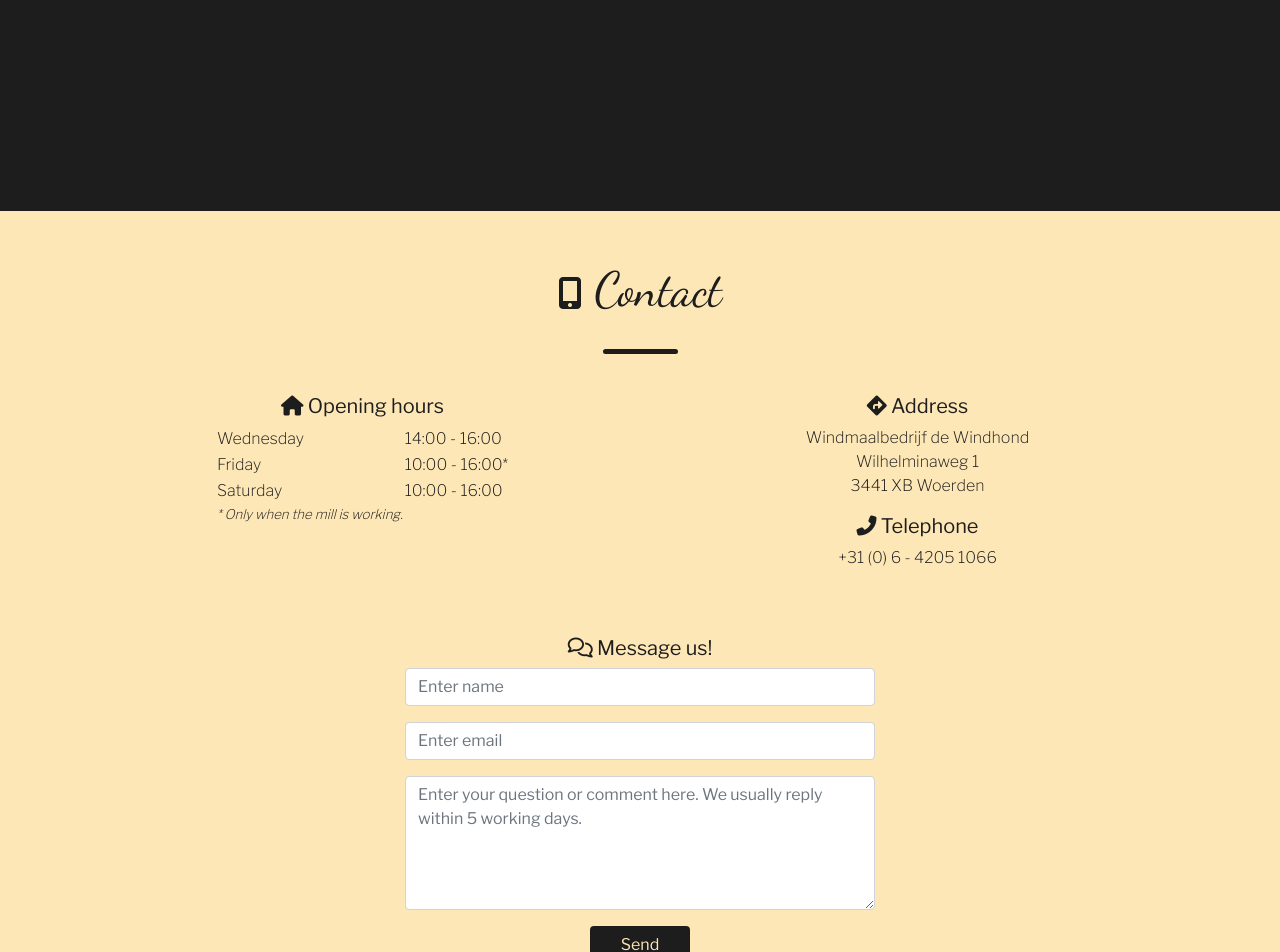
Repository: jdl208/DeWindhond
Page: index.html
The author's editor kept a record of every edit. The page is drawn from the files as they stood at one moment, then again after the next edit.
The browser window is 1280 px wide. The pictures show the part of the page from y = 2226 to 3178 px (the page is 3353 px tall).
Pictures or frames that could not be fetched are drawn as grey boxes. Some web libraries are served in a nearby version.

Above is the page before.

### index.html
<!DOCTYPE html>
<html lang="en">

<head>
    <meta charset="UTF-8">
    <meta name="viewport" content="width=device-width, initial-scale=1.0">
    <meta http-equiv="X-UA-Compatible" content="ie=edge">
    <title>Windmill "De Windhond"</title>
    <link rel="stylesheet" href="https://stackpath.bootstrapcdn.com/bootstrap/4.3.1/css/bootstrap.min.css" integrity="sha384-ggOyR0iXCbMQv3Xipma34MD+dH/1fQ784/j6cY/iJTQUOhcWr7x9JvoRxT2MZw1T" crossorigin="anonymous">
    <link href="https://fonts.googleapis.com/css?family=Dancing+Script:400,700&display=swap" rel="stylesheet">
    <link rel="stylesheet" href="assets/css/style.css" type="text/css" />

</head>

<body>

    <!-- Navigation-->
    <a href="" class="anchor" id="home"></a>
    <nav class="navbar fixed-top navbar-expand-md navbar-dark dark-bg">
        <a class="navbar-brand" href="#home">De Windhond</a>
        <button id="navbar-toggle-icon" class="navbar-toggler" type="button" data-toggle="collapse" data-target="#navbarTogglerDemo02" aria-controls="navbarTogglerDemo02" aria-expanded="false" aria-label="Toggle navigation">
                <i class="fas fa-bars"></i>
            </button>

        <div class="collapse navbar-collapse" id="navbarTogglerDemo02">
            <ul class="navbar-nav ml-auto mt-2 mt-lg-0">
                <li class="nav-item ml-auto nav--link">
                    <a class="nav-link" href="#home"><strong>Home</strong><span class="sr-only">(current)</span></a>
                </li>
                <li class="nav-item ml-auto nav--link">
                    <a class="nav-link" href="#about"><strong>About</strong></a>
                </li>
                <li class="nav-item ml-auto nav--link">
                    <a class="nav-link" href="#media"><strong>Media</strong></a>
                </li>
                <li class="nav-item ml-auto nav--link">
                    <a class="nav-link" href="#contact"><strong>Contact</strong></a>
                </li>
            </ul>
        </div>
    </nav>

    <!--Header image slider-->

    <header class="top-section">
        <div class="jumbotron sectioncontainer carousel-wrapper">


            <!--Preload images so you you wont see a hickup in the slider -->

            <img class="d-none" src="assets/images/img1.jpg" />
            <img class="d-none" src="assets/images/img2.jpg" />
            <img class="d-none" src="assets/images/img3.jpg" />
            <img class="d-none" src="assets/images/img4.jpg" />
            <img class="d-none" src="assets/images/img5.jpg" />
            <img class="d-none" src="assets/images/img6.jpg" />
            <img class="d-none" src="assets/images/img7.jpg" />

            <div class="bg-image-slider">

            </div>
        </div>
    </header>

    <!-- About -->
    <a href="" class="anchor" id="about"></a>
    <section class="light-bg sectioncontainer">
        <div class="container about">
            <h2><i class="far fa-list-alt media-icon"></i> About</h2>
            <hr class="block-divider dark-divider">

            <div class="row">
                <div class="col-md-6">
                    <h4>Timeline</h4>
                    <div class="history-items">
                        <div class="timeline-item" data-dates="1498">
                            <p>The first mill was build on top of the city wall.</p>
                        </div>
                        <div class="timeline-item" data-dates="1755">
                            <p>De Windhond was build on the spot of the original mill.</p>
                        </div>
                        <div class="timeline-item" data-dates="1977">
                            <p>The mill was sold to the city of Woerden. Which would restore the mill to it's original state.</p>
                        </div>
                        <div class="timeline-item" data-dates="2011">
                            <p>The new miller Karel Dolman is going to work in De Windhond and is going to make the mill functioning again untill this day.</p>
                        </div>
                    </div>
                </div>
                <div class="col-md-6">
                    <hr class="block-divider dark-divider d-md-none">
                    <h4>History</h4>

                    <p>Windmill "De Windhond" is a historical and valuable feature for the city of Woerden.</P>
                    <p>The Windhond is a round stone mill that was built in 1755 in Woerden. Today the mill is well maintained and is an important part of the cityscape.</p>
                    <p>The mill stands on one of the last pieces of city wall, originally part of a bastion belonging to the city walls of old Woerden. De Windhond has a flight of 25.2 meters. The mill was restored in 1984 and today it is still in use as
                        a flour mill. The flour from the mill is used at various points of sale. In addition, a number of bakers in Woerden sell bread with flour from the mill. The interior of the mill is largely in authentic condition. The miller lives
                        in the house at the bottom of the mill.
                    </p>
                    <!--<p>Karel Dolman (29) divides his time between "his" windmill De Windhond in Woerden and a permanent job as a mill repairman.</p>-->
                    <!--<p>The mill in Woerden doesn't run full production. The repairman job makes the work complete. Maintenance is always necessary and I am always technically informed.</p>-->
                    <!--<p>Karel has been at the mill since childhood. He is officially qualified and knows everything about the technology, weather, sailing and more. "And you have to be physically capable, because getting the windmill up or slowing down requires-->
                    <!--    power." Whether the work is in his blood? "Then I have to go to the doctor," he jokes. Collegiate banter between father (Maarten Dolman, miller of the Windotter in IJsselstein) and son is also there: "The Greyhound is older: completely-->
                    <!--    from 1755, while De Windotter only has stones that date from 1732, the rest is younger."</p>-->

                </div>
            </div>
        </div>

    </section>

    <!-- Media section-->
    <a href="" class="anchor" id="media"></a>

    <section class="dark-bg mediabox sectioncontainer">
        <H2><i class="fas fa-photo-video media-icon"></i> Media</H2>
        <hr class="block-divider yellow-divider">
        <div class="row mediarow">
            <div class="col-12">
                <h4>Impression of the mill</h4>
            </div>
            <iframe width="560" height="315" src="https://www.youtube.com/embed/qNwYElhLL6A" frameborder="0" allow="accelerometer; autoplay; encrypted-media; gyroscope; picture-in-picture" allowfullscreen></iframe>
        </div>

        <hr class="block-divider yellow-divider">

        <div class="row mediarow">
            <div class="col-12">
                <h4>Interview with Karel Dolman the miller</h4>
            </div>
            <iframe width="560" height="315" src="https://www.youtube.com/embed/lAjF5r5rAqM" frameborder="0" allow="accelerometer; autoplay; encrypted-media; gyroscope; picture-in-picture" allowfullscreen></iframe>
        </div>

        </div>
    </section>

    <!-- Contact-->

    <a href="" class="anchor" id="contact"></a>
    <section class="sectioncontainer light-bg">
        <div class="container">
            <h2><i class="fas fa-mobile-alt media-icon"></i> Contact</h2>
            <hr class="block-divider dark-divider">
            <div class="row">
                <div class="col-md-6 contact_visiting">
                    <table>
                        <h5><i class="fas fa-home"></i> Opening hours</h5>
                        <tr>
                            <td>Wednesday</td>
                            <td>14:00 - 16:00</td>
                        </tr>
                        <tr>
                            <td>Friday</td>
                            <td>10:00 - 16:00*</td>
                        </tr>
                        <tr>
                            <td>Saturday</td>
                            <td>10:00 - 16:00</td>
                        </tr>
                        <tr class="footnote_opening">
                            <td>* Only when the mill is working.</td>
                        </tr>

                    </table>
                </div>
                <div class="col-md-6 contact_visiting">

                    <h5><i class="fas fa-directions"></i> Address</h5>
                    <p>Windmaalbedrijf de Windhond<br> Wilhelminaweg 1<br> 3441 XB Woerden
                    </p>
                    <h5><i class="fas fa-phone-alt"></i> Telephone</h5>
                    <p> +31 (0) 6 - 4205 1066</p>

                </div>

            </div>

            <div class="row">
                <div class="col-12 contact-form">
                    <h5><i class="far fa-comments"></i> Message us!</h5>
                    <div class="form-group">
                        <input type="text" class="form-control" placeholder="Enter name" required>
                    </div>
                    <div class="form-group">
                        <input type="email" class="form-control" placeholder="Enter email" required>
                    </div>
                    <div class="form-group">
                        <textarea class="form-control" rows="5" Placeholder="Enter your question or comment here. We usually reply within 5 working days." required></textarea>
                    </div>
                    <button type="submit" class="btn btn--dark">Send</button>
                    </form>
                </div>
            </div>
    </section>

    <footer class="dark-bg footer">
        <div class="row">
            <div class="col-12">
                <ul class="list-inline">
                    <li class="list-inline-item"><a class="light-link" href="https://www.facebook.com/windmaalbedrijfdewindhond?pnref=story"><i class="fab fa-facebook-square socialicon"></i></a></li>
                    <li class="list-inline-item"><a class="light-link" href="#"><i class="fab fa-twitter-square socialicon"></i></a></li>
                    <li class="list-inline-item"><a class="light-link" href="#"><i class="fab fa-instagram socialicon"></i></a></li>
                    <li class="list-inline-item"><a class="light-link" href="#"><i class="fab fa-pinterest-square socialicon"></i></a></li>
                    <li class="list-inline-item"><a class="light-link" href="#"><i class="fab fa-snapchat-square socialicon"></i></a></li>
                </ul>
            </div>
        </div>
        <p class="copyright">Copyright Onlion Web Development 2019</p>

    </footer>

    <script src="https://code.jquery.com/jquery-3.3.1.slim.min.js" integrity="sha384-q8i/X+965DzO0rT7abK41JStQIAqVgRVzpbzo5smXKp4YfRvH+8abtTE1Pi6jizo" crossorigin="anonymous"></script>
    <script src="https://cdnjs.cloudflare.com/ajax/libs/popper.js/1.14.7/umd/popper.min.js" integrity="sha384-UO2eT0CpHqdSJQ6hJty5KVphtPhzWj9WO1clHTMGa3JDZwrnQq4sF86dIHNDz0W1" crossorigin="anonymous"></script>
    <script src="https://stackpath.bootstrapcdn.com/bootstrap/4.3.1/js/bootstrap.min.js" integrity="sha384-JjSmVgyd0p3pXB1rRibZUAYoIIy6OrQ6VrjIEaFf/nJGzIxFDsf4x0xIM+B07jRM" crossorigin="anonymous"></script>
    <script src="https://kit.fontawesome.com/70761e8d6e.js"></script>

</body>

</html>

### assets/css/style.css
@import url('https://fonts.googleapis.com/css?family=Dancing+Script:400,700|Libre+Franklin:200,300,400,700&display=swap');

html {
    scroll-behavior: smooth;
}

body {
    font-family: "Libre Franklin";
    font-weight: 200;
}

.sectioncontainer {
    padding-top: 50px;
    padding-bottom: 80px;
}

.anchor {
    display: block;
    position: relative;
    top: -56px;
    visibility: hidden;
}

/* ---------------------------------------------- Colors */

.dark-bg {
    color: #fee7b6;
    background-color: #1d1d1d;
}

.light-bg {
    background-color: #fee7b6;
    color: rgb(29, 29, 29);
}

.block-divider {
    width: 75px;
    height: 5px;
    border: 0;
    border-radius: 15px;
    margin-top: 30px;
    margin-bottom: 40px;
}

.yellow-divider {
    background-color: #fee7b6;
}

.dark-divider {
    background-color: rgb(29, 29, 29);
}

.light-link {
    color: #fee7b6;
}

.btn--dark {
    color: #fee7b6;
    background-color: rgba(29, 29, 29, 1);
    text-align: center;
}

/* ---------------------------------------------- Headings */

h2,
h3,
h4 {
    font-family: "dancing script";
    text-align: center;
    font-size: 3rem;
}

h4 {
    font-size: 2rem;
}

.media-icon {
    font-size: 32px;
}

/* ---------------------------------------------- Navbar */

.navbar {
    font-family: "dancing script";
    font-size: 1.2rem;
}

.navbar-brand {
    font-size: 1.5rem;
    color: #fee7b6;
}

.navbar-dark .navbar-brand {
    color: #fee7b6;
}

#navbar-toggle-icon {
    border: 0;
    color: #fee7b6;
}

.navbar-dark .navbar-nav .nav-link {
    color: #fee7b6;
}



/* ---------------------------------------------- Header */

.top-section {
    padding: 0;
}

.carousel-wrapper {
    position: relative;
    top: 56px;
    margin: 0 0 56px 0;
    padding: 0;
}

.bg-image-slider {
    height: 85vh;
    width: 100%;
    animation-name: bgslider;
    animation-duration: 49s;
    animation-timing-function: ease-in;
    animation-iteration-count: infinite;
    background-image: url("../images/img1.jpg");
    background-size: cover;
    background-repeat: no-repeat;
    background-position: center;
}

@keyframes bgslider {
    0% {
        background-image: url("../images/img1.jpg");
    }
    10% {
        background-image: url("../images/img1.jpg");
    }
    14% {
        background-image: url("../images/img2.jpg");
    }
    24% {
        background-image: url("../images/img2.jpg");
    }
    28% {
        background-image: url("../images/img3.jpg");
    }
    38% {
        background-image: url("../images/img3.jpg");
    }
    42% {
        background-image: url("../images/img4.jpg");
    }
    52% {
        background-image: url("../images/img4.jpg");
    }
    56% {
        background-image: url("../images/img5.jpg");
    }
    66% {
        background-image: url("../images/img5.jpg");
    }
    70% {
        background-image: url("../images/img6.jpg");
    }
    80% {
        background-image: url("../images/img6.jpg");
    }
    84% {
        background-image: url("../images/img7.jpg");
    }
    95% {
        background-image: url("../images/img7.jpg");
    }
    100% {
        background-image: url("../images/img1.jpg");
    }
}

/* ---------------------------------------------- About */

.history-heading {
    margin-bottom: 50px;
}

.timeline-item {
    padding: 4em 2em 0em 2em;
    position: relative;
    border-left: 1px solid;
}

.timeline-item p {
    padding: 0;
    margin: 0;
}

.timeline-item:before {
    content: attr(data-dates);
    position: absolute;
    left: 2.5em;
    top: 3em;
    display: block;
    font-weight: 500;
    font-size: 0.8em;
    padding: 0;
    margin: 0;
}

.timeline-item:after {
    width: 12px;
    height: 12px;
    display: block;
    top: 2.5em;
    position: absolute;
    left: -6px;
    border-radius: 12px;
    content: '';
    background: rgb(29, 29, 29);

}

/* ---------------------------------------------- Media */

.row {
    margin: 0;
}

iframe {
    margin: auto;
}

/* ---------------------------------------------- Contact */

.contact_visiting {
    text-align: center;
}

.contact_visiting table {
    text-align: left;
    margin: auto;
}


.footnote_opening {
    font-size: smaller;
    font-style: italic;
}


.contact-form {
    margin: auto;
    text-align: center;
    margin-top: 50px;
    max-width: 500px;
}

.contact-form .btn--dark {
    width: 100px;
}


/* ---------------------------------------------- Footer */

.footer {
    height: 50px;
    text-align: center;
    padding: 10px;
}

.footerlist {
    list-style-type: none;
}

.list-item-footer {
    display: inline-block;
    height: 30px;
    color: #fee7b6;
}

.socialicon {
    font-size: 30px;
}

.socialicon:hover {
    color: #dec080
}

After the next edit:
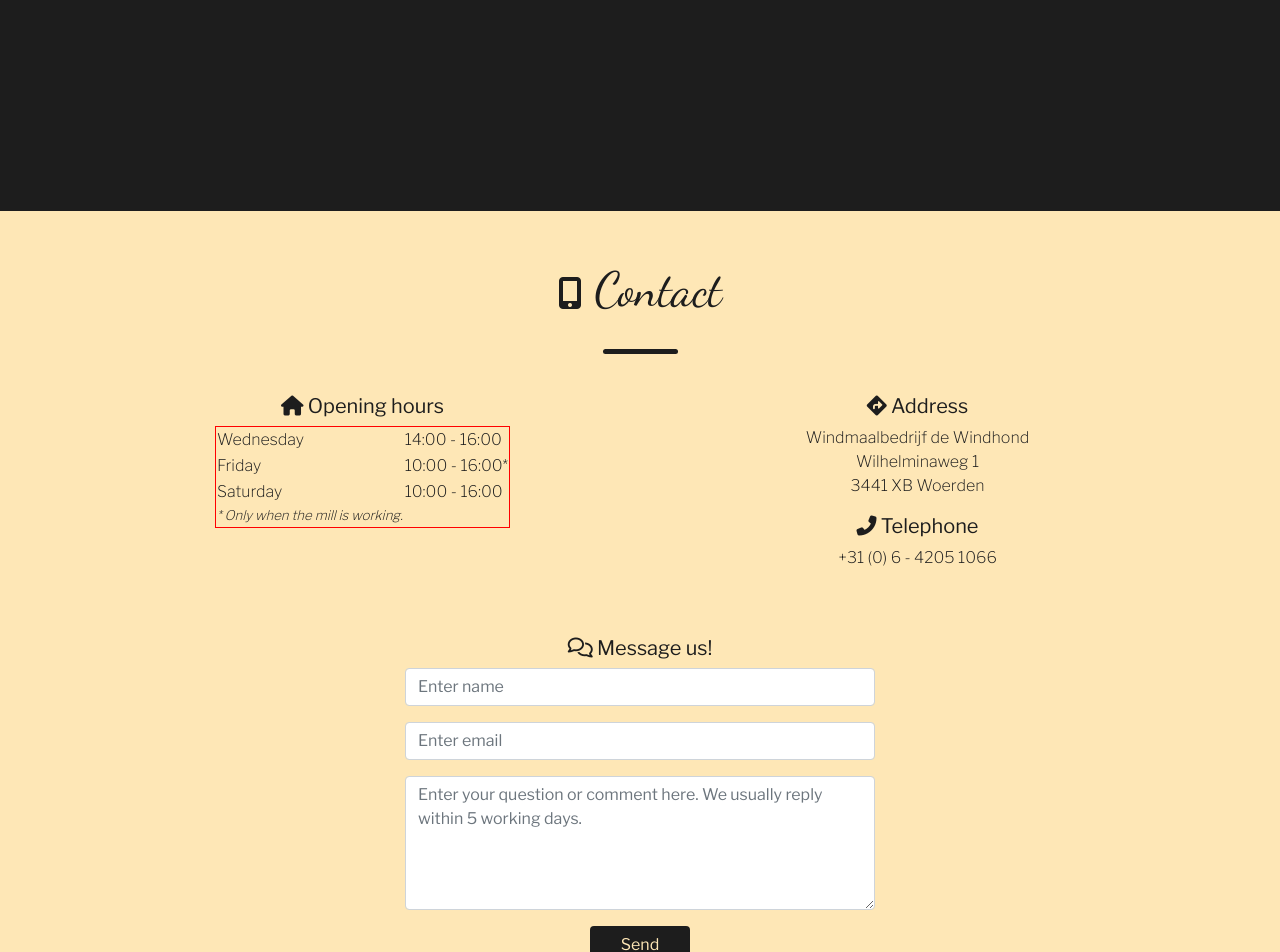
The edit:
--- a/assets/css/style.css
+++ b/assets/css/style.css
@@ -242,6 +242,13 @@
     margin: auto;
 }
 
+.contact_visiting table th{
+    text-align: center;
+}
+
+table {
+    border: red 1px solid;
+}
 
 .footnote_opening {
     font-size: smaller;

After the edit that followed:
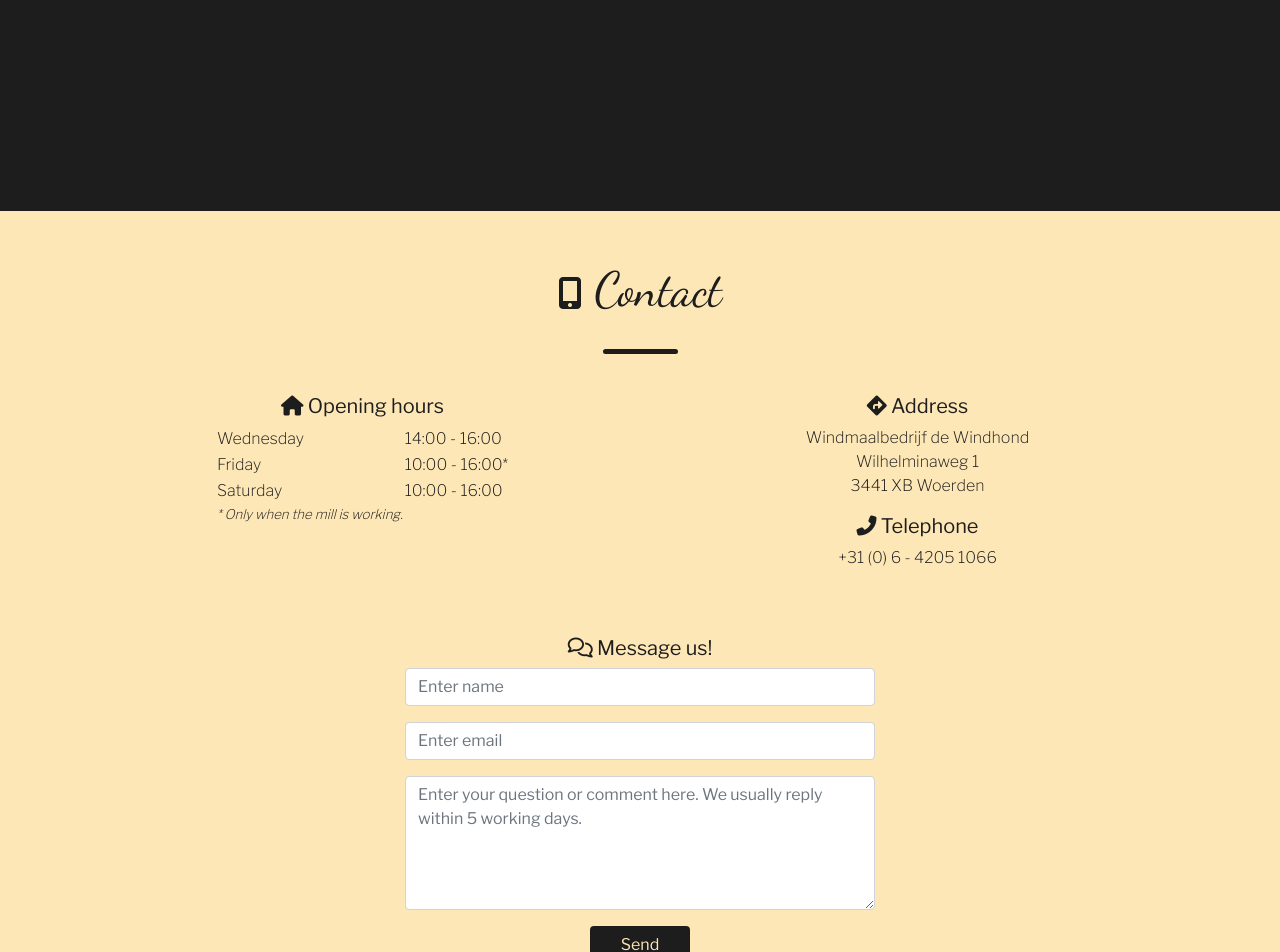
The edit:
--- a/assets/css/style.css
+++ b/assets/css/style.css
@@ -242,14 +242,6 @@
     margin: auto;
 }
 
-.contact_visiting table th{
-    text-align: center;
-}
-
-table {
-    border: red 1px solid;
-}
-
 .footnote_opening {
     font-size: smaller;
     font-style: italic;
